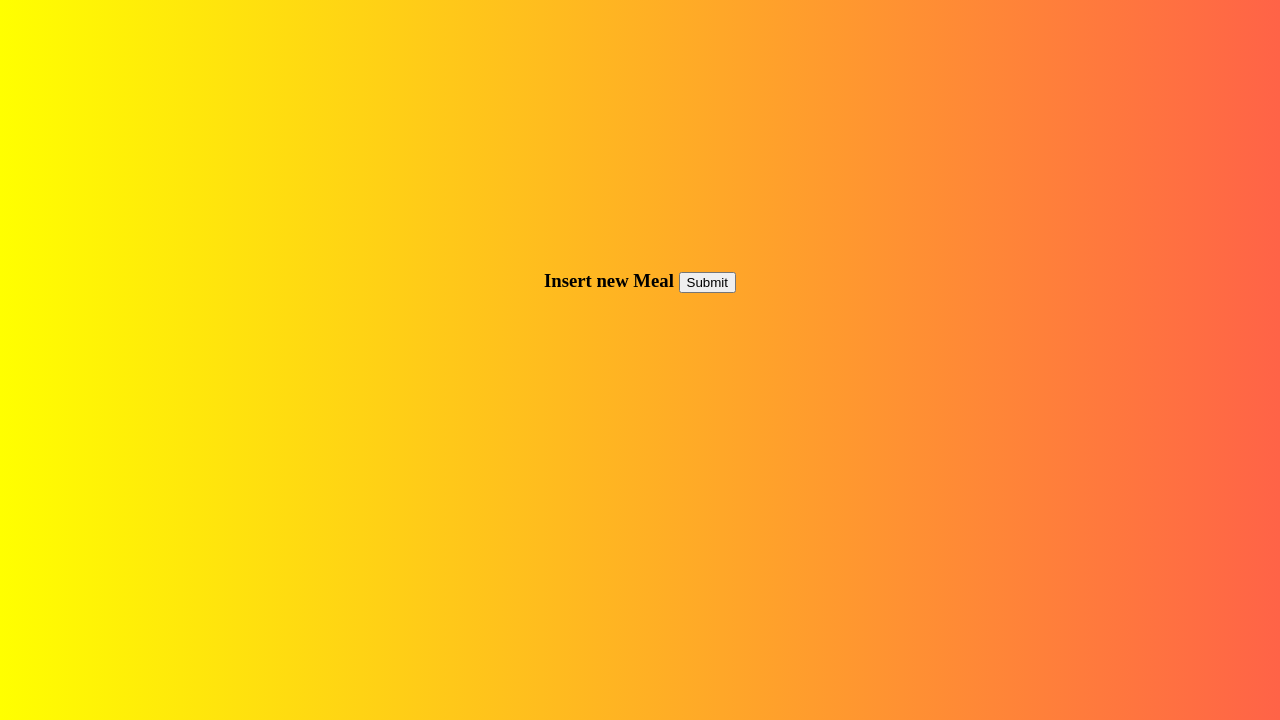
Repository: selvakumar46/Project-Maven
Page: http://localhost/ProjectKFC/Insert.jsp
These files come from the project's save history. The page is drawn as it stood at one moment and after the next save; the edit follows.
The browser window is 1280 px wide. The pictures show the whole page.
The page is served by Tomcat 9. Nobody is signed in. The application's start-up code is not run.

Above is the page before, as saved 2022-01-07 11:37:56.

After the next save:
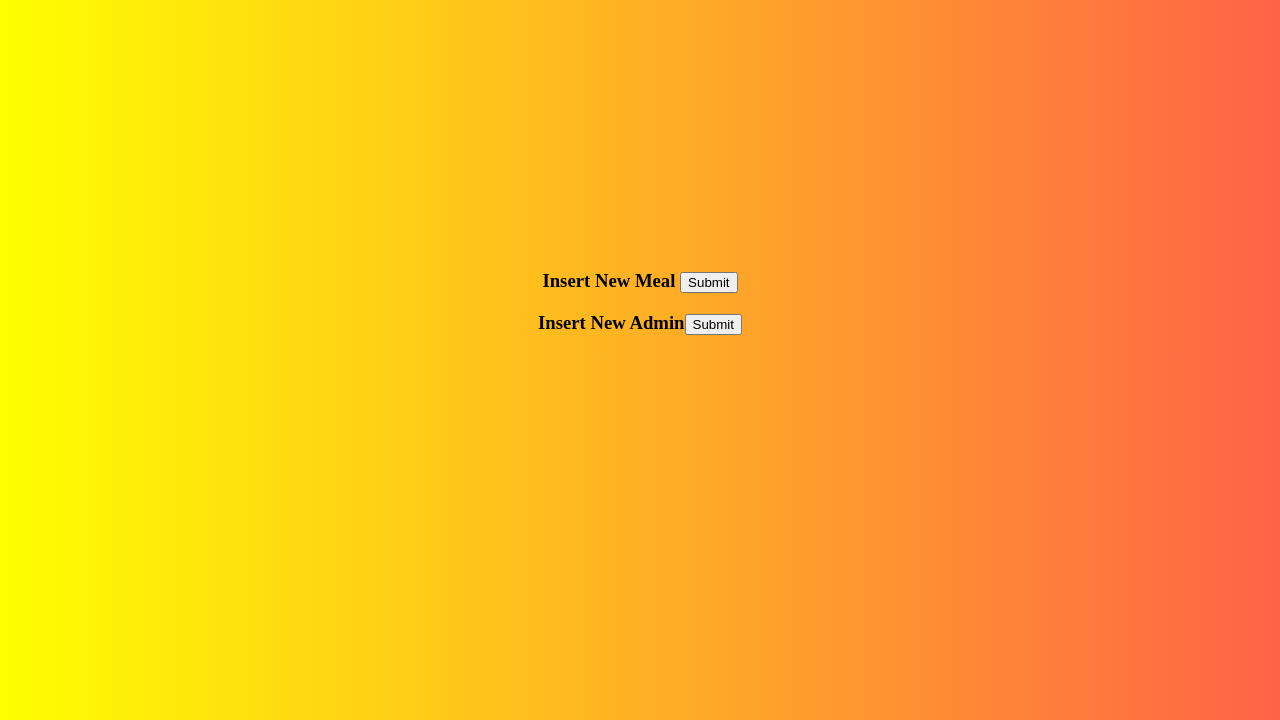
Saved 98 s later.
--- a/ProjectKFC/src/main/webapp/Insert.jsp
+++ b/ProjectKFC/src/main/webapp/Insert.jsp
@@ -19,10 +19,15 @@ body {
 	<center>
 	<form action="InsertProduct.jsp">
 		<div class="container" >
-			<h3>Insert new Meal
+			<h3>Insert New Meal
 			<button type="submit">Submit</button></h3>
 		</div>
 		</form>
+	<form action="NewAdmin">
+		<div>
+			<h3>Insert New Admin<button type="submit">Submit</button></h3>
+		</div>
+	</form>
 	</center>
 </body>
 </html>
